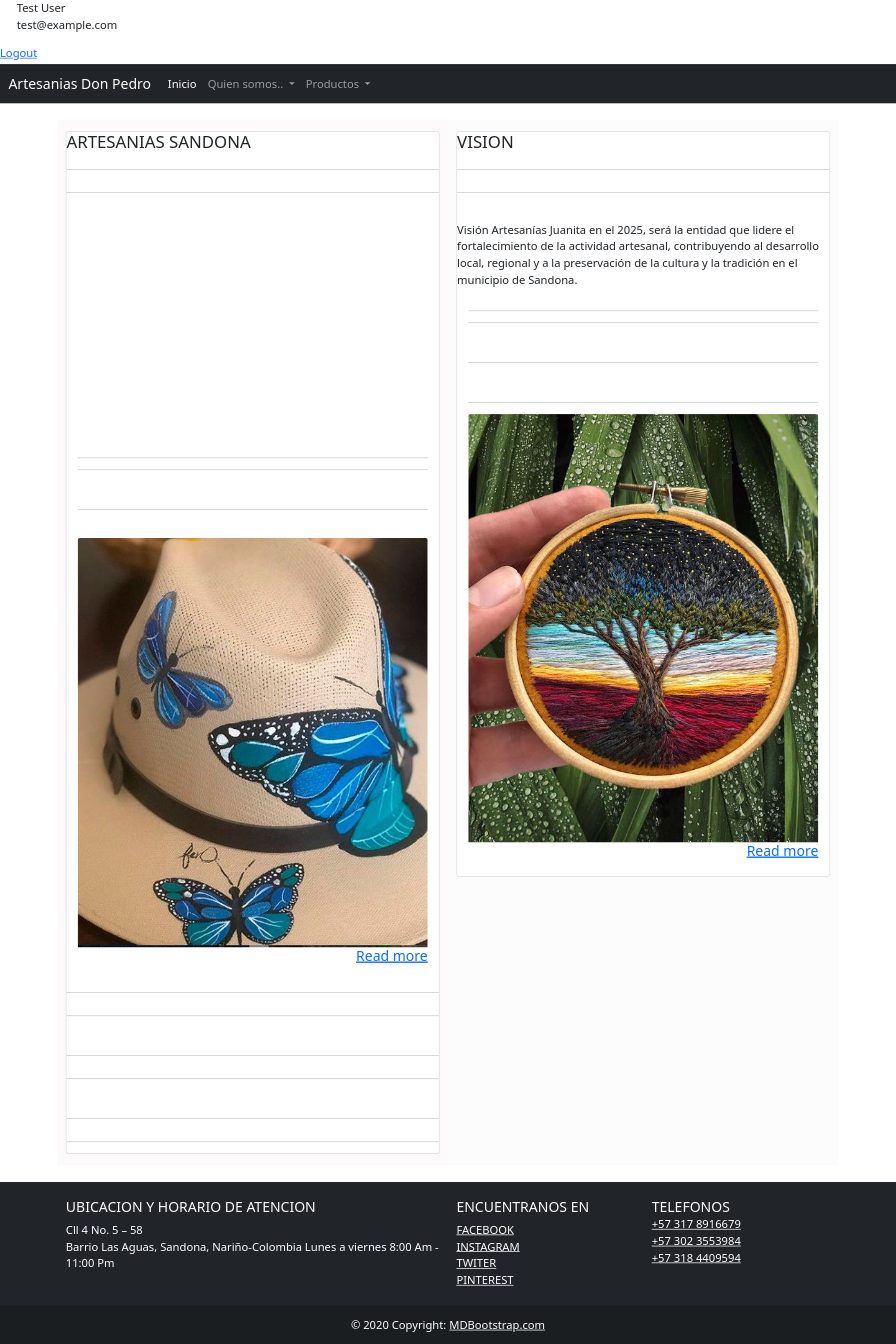
Repository: PG210/taller_artesania
Page: http://localhost/arte/vision
An editor plug-in stored every save of this project. The page is shown before and after the next save, followed by the edit.
The browser window is 1280 px wide. The pictures show the part of the page from y = 2752 to 4672 px (the page is 4672 px tall before and 4492 px after), at 70% of full size.
Pictures or frames that could not be fetched are drawn as grey boxes. The page is served by the project's Laravel application, run on PHP 8.4 with Laravel 8. A made-up administrator, Test User (test@example.com), is signed in. Other server files are loaded and not shown.

Above is the page before, as saved 2021-01-14 16:26:01.

### routes/web.php
<?php

use Illuminate\Support\Facades\Route;
use App\Http\Controllers\Productos;

/*
|--------------------------------------------------------------------------
| Web Routes
|--------------------------------------------------------------------------
|
| Here is where you can register web routes for your application. These
| routes are loaded by the RouteServiceProvider within a group which
| contains the "web" middleware group. Now create something great!
|
*/

Route::get('/', function () {
    return view('welcome');
});
//ruta mision vision
Route::get('arte/vision', function () {
    return view('arte.vision');
});
//histortia
Route::get('arte/historia', function () {
    return view('arte.historia');
});
Route::get('arte/mision', function () {
    return view('arte.mision');
});

//ubicacion
Route::get('arte/ubicacion', function () {
    return view('arte.ubicacion');
});
//productos
Route::get('/productos', [Productos::class, 'index']);

Route::get('/dashboard', function () {
    return view('dashboard');
})->middleware(['auth'])->name('dashboard');

require __DIR__.'/auth.php';

### resources/views/arte/vision.blade.php
 @extends('layouts.app') @section('content')





<div class="container">

    <div class="row">

        <!--tarjeta 1 mision hotel-->
        <div class="col-lg-6" style="background-color:rgb(252, 250, 250)">

            <p>
                <!-- Card Dark -->

                <div class="card">

                    <h4 class="card-title">ARTESANIAS SANDONA</h4>
                    <!-- Card image -->
                    <hr class="hr-light">
                    <hr class="hr-light">


                    <div class="container">
                        <br>
                        <div class="view overlay ">
                            <video loop="true " muted autoplay width="530 " height="300 ">
                                <source src='{{url("/img/video.mp4")}}' type="video/mp4 " alt="Card image cap ">
                            <a>
                                <div class="mask " style=" background-color: rgba(230, 179, 179, 0.5) "></div>
                            </a>
                        </div>
                        </div>


                    <!-- Card content -->
                    <div class="card-body elegant-color white-text rounded-bottom">

                        <!-- Social shares button -->

                        <!-- Title -->
                        <h4 class="card-title"></h4>
                        <hr class="hr-light">
                        <hr class="hr-light">
                        <br>
                        <hr class="hr-light">
                        <br>

                        <div class="view overlay">
                            <img class="card-img-top" src="../img/6.jpg" alt="Card image cap">
                            <a>
                                <div class="mask rgba-white-slight"></div>
                            </a>
                        </div>



                        <!-- Link -->
                        <a href="#!" class="white-text d-flex justify-content-end">
                            <h5>Read more <i class="fas fa-angle-double-right"></i></h5>
                        </a>

                    </div>
                    <hr class="hr-light">
                    <hr class="hr-light">
                    <br>
                    <hr class="hr-light">
                    <hr class="hr-light">
                    <br>
                    <hr class="hr-light">
                    <hr class="hr-light">

                </div>
                <!-- Card Dark -->
            </p>
        </div>



        <!--tarjeta dos vision-->
        <div class="col-lg-6" style="background-color:rgb(253, 252, 252)">

            <p>
                <!-- Card Dark -->
                <div class="card">

                    <h4 class="card-title">VISION</h4>
                        <hr class="hr-light">
                        <hr class="hr-light">
                        <br>
                       Visión
                          Artesanías Juanita en el 2025, será la entidad que lidere el fortalecimiento de la actividad artesanal, contribuyendo al desarrollo local, regional y a la preservación de la cultura y la tradición en el municipio de Sandona.


                    <!-- Card content -->
                    <div class="card-body elegant-color white-text rounded-bottom">

                        <!-- Social shares button -->

                        <!-- Title -->
                        <h4 class="card-title"></h4>
                        <hr class="hr-light">
                        <hr class="hr-light">
                        <br>

                        <hr class="hr-light">
                        <br>
                        <hr class="hr-light">
                        <div class="view overlay">
                            <img class="card-img-top" src="../img/5.jpg" alt="Card image cap">
                            <a>
                                <div class="mask rgba-white-slight"></div>
                            </a>
                        </div>


                        <!-- Link -->
                        <a href="#!" class="white-text d-flex justify-content-end">
                            <h5>Read more <i class="fas fa-angle-double-right"></i></h5>
                        </a>

                    </div>

                </div>
                <!-- Card Dark -->
            </p>
        </div>
    </div>
</div>




</div>
@stop

### resources/views/layouts/app.blade.php
<!DOCTYPE html>
<html lang="{{ str_replace('_', '-', app()->getLocale()) }}">
    <head>
        <meta charset="utf-8">
        <meta name="viewport" content="width=device-width, initial-scale=1">
        <meta name="csrf-token" content="{{ csrf_token() }}">

        <title>{{ config('app.name', 'Laravel') }}</title>

        <!-- Fonts -->
        <link rel="stylesheet" href="https://fonts.googleapis.com/css2?family=Nunito:wght@400;600;700&display=swap">
        <link href="{{ url('/assets/bootstrap/css/bootstrap.min.css') }}" rel="stylesheet">
        <!-- Styles -->
        <link rel="stylesheet" href="{{ asset('css/app.css') }}">

        <!-- Scripts -->
        <script src="{{ asset('js/app.js') }}" defer></script>


    </head>

    <body class="font-sans antialiased">
        <div class="min-h-screen bg-gray-100">
            @include('layouts.navigation')

            <nav class="navbar navbar-expand-lg navbar navbar-dark bg-dark">
  <div class="container-fluid">
    <a class="navbar-brand" href="#">Artesanias Don Pedro</a>
    <button class="navbar-toggler" type="button" data-bs-toggle="collapse" data-bs-target="#navbarNavDropdown" aria-controls="navbarNavDropdown" aria-expanded="false" aria-label="Toggle navigation">
      <span class="navbar-toggler-icon"></span>
    </button>
    <div class="collapse navbar-collapse" id="navbarNavDropdown">
      <ul class="navbar-nav">
        <li class="nav-item">
          <a class="nav-link active" aria-current="page" href="#">Inicio</a>
        </li>


        <li class="nav-item dropdown">
          <a class="nav-link dropdown-toggle" href="#" id="navbarDropdownMenuLink" role="button" data-bs-toggle="dropdown" aria-expanded="false">
            Quien somos..
          </a>
          <ul class="dropdown-menu" aria-labelledby="navbarDropdownMenuLink">
            <li><a class="dropdown-item" href="{{url('/arte/mision')}}">Mision</a></li>
            <li><a class="dropdown-item" href="{{url('/arte/vision')}}">Vision</a></li>
            <li><a class="dropdown-item" href="{{url('/arte/ubicacion')}}">Ubicacion</a></li>
            <li><a class="dropdown-item" href="{{url('/arte/historia')}}">Historia</a></li>
          </ul>
        </li>

        <li class="nav-item dropdown">
          <a class="nav-link dropdown-toggle" href="#" id="navbarDropdownMenuLink" role="button" data-bs-toggle="dropdown" aria-expanded="false">
            Productos
          </a>
          <ul class="dropdown-menu" aria-labelledby="navbarDropdownMenuLink">
            <li><a class="dropdown-item" href="{{url('/productos')}}">Sombreros</a></li>
            <li><a class="dropdown-item" href="#">Mochilas</a></li>
            <li><a class="dropdown-item" href="#">Tejidos</a></li>
            <li><a class="dropdown-item" href="#">Visuterias</a></li>
            <li><a class="dropdown-item" href="#">Ofertas</a></li>
          </ul>
        </li>
      </ul>
    </div>
  </div>
</nav>
<br>
            <!-- Page Heading -->
            <div class="container">
           @yield('content')
           </div>
        </div>
<!--footer-->
<br>
        <footer class="bg-dark text-white text-center text-lg-start">
  <!-- Grid container -->
  <div class="container p-4">
    <!--Grid row-->
    <div class="row">
      <!--Grid column-->
      <div class="col-lg-6 col-md-12 mb-4 mb-md-0">
        <h5 class="text-uppercase">Ubicacion y Horario de Atencion</h5>

        <p>
        <bFooterr>
        Cll 4 No. 5 – 58<br>
        Barrio Las Aguas, Sandona, Nariño-Colombia
        Lunes a viernes 8:00 Am - 11:00 Pm
        </p>
      </div>
      <!--Grid column-->

      <!--Grid column-->
      <div class="col-lg-3 col-md-6 mb-4 mb-md-0">
        <h5 class="text-uppercase">Encuentranos en</h5>

        <ul class="list-unstyled mb-0">
          <li>
            <a href="#!" class="text-white">FACEBOOK</a>
          </li>
          <li>
            <a href="#!" class="text-white">INSTAGRAM</a>
          </li>
          <li>
            <a href="#!" class="text-white">TWITER</a>
          </li>
          <li>
            <a href="#!" class="text-white">PINTEREST</a>
          </li>
        </ul>
      </div>
      <!--Grid column-->

      <!--Grid column-->
      <div class="col-lg-3 col-md-6 mb-4 mb-md-0">
        <h5 class="text-uppercase mb-0">TELEFONOS</h5>

        <ul class="list-unstyled">
          <li>
            <a href="#!" class="text-white">+57 317 8916679</a>
          </li>
          <li>
            <a href="#!" class="text-white">+57 302 3553984</a>
          </li>
          <li>
            <a href="#!" class="text-white">+57 318 4409594</a>
          </li>

        </ul>
      </div>
      <!--Grid column-->
    </div>
    <!--Grid row-->
  </div>
  <!-- Grid container -->

  <!-- Copyright -->
  <div class="text-center p-3" style="background-color: rgba(0, 0, 0, 0.2)">
    © 2020 Copyright:
    <a class="text-white" href="https://mdbootstrap.com/">MDBootstrap.com</a>
  </div>
  <!-- Copyright -->
</footer>
<!--end footer-->



        <script src="https://code.jquery.com/jquery-3.5.1.slim.min.js" integrity="sha384-DfXdz2htPH0lsSSs5nCTpuj/zy4C+OGpamoFVy38MVBnE+IbbVYUew+OrCXaRkfj" crossorigin="anonymous"></script>
        <script src="https://cdn.jsdelivr.net/npm/popper.js@1.16.1/dist/umd/popper.min.js" integrity="sha384-9/reFTGAW83EW2RDu2S0VKaIzap3H66lZH81PoYlFhbGU+6BZp6G7niu735Sk7lN" crossorigin="anonymous"></script>
       <script type="text/javascript" src="{{ url('/assets/bootstrap/js/bootstrap.min.js') }}"></script>
    </body>
</html>

### resources/views/layouts/navigation.blade.php
<nav x-data="{ open: false }" class="bg-white border-b border-gray-100">
    <!-- Primary Navigation Menu -->
    <!--aqui cambiar-->
    <div class=" navbar-dark bg-indigo">
        <div class="flex justify-between h-16">
            <div class="flex">
                <!-- Logo -->
                <div class="flex-shrink-0 flex items-center">
                    <a href="{{ route('dashboard') }}">
                        <x-application-logo class="block h-10 w-auto fill-current text-gray-600" />
                    </a>
                </div>

                <!-- Navigation Links -->
                <div class="hidden space-x-8 sm:-my-px sm:ml-10 sm:flex">
                    <x-nav-link :href="route('dashboard')" :active="request()->routeIs('dashboard')">
                        {{ __('Bienvenidos! Tienda Virtual') }}
                    </x-nav-link>
                </div>
            </div>

            <!-- Settings Dropdown -->
            <div class="hidden sm:flex sm:items-center sm:ml-6">
                <x-dropdown align="right" width="48">
                    <x-slot name="trigger">
                        <button class="flex items-center text-sm font-medium text-gray-500 hover:text-gray-700 hover:border-gray-300 focus:outline-none focus:text-gray-700 focus:border-gray-300 transition duration-150 ease-in-out">
                            <div>{{ Auth::user()->name }}</div>

                            <div class="ml-1">
                                <svg class="fill-current h-4 w-4" xmlns="http://www.w3.org/2000/svg" viewBox="0 0 20 20">
                                    <path fill-rule="evenodd" d="M5.293 7.293a1 1 0 011.414 0L10 10.586l3.293-3.293a1 1 0 111.414 1.414l-4 4a1 1 0 01-1.414 0l-4-4a1 1 0 010-1.414z" clip-rule="evenodd" />
                                </svg>
                            </div>
                        </button>
                    </x-slot>

                    <x-slot name="content">
                        <!-- Authentication -->
                        <form method="POST" action="{{ route('logout') }}">
                            @csrf

                            <x-dropdown-link :href="route('logout')"
                                    onclick="event.preventDefault();
                                                this.closest('form').submit();">
                                {{ __('Logout') }}
                            </x-dropdown-link>
                        </form>
                    </x-slot>
                </x-dropdown>
            </div>

            <!-- Hamburger -->
            <div class="-mr-2 flex items-center sm:hidden">
                <button @click="open = ! open" class="inline-flex items-center justify-center p-2 rounded-md text-gray-400 hover:text-gray-500 hover:bg-gray-100 focus:outline-none focus:bg-gray-100 focus:text-gray-500 transition duration-150 ease-in-out">
                    <svg class="h-6 w-6" stroke="currentColor" fill="none" viewBox="0 0 24 24">
                        <path :class="{'hidden': open, 'inline-flex': ! open }" class="inline-flex" stroke-linecap="round" stroke-linejoin="round" stroke-width="2" d="M4 6h16M4 12h16M4 18h16" />
                        <path :class="{'hidden': ! open, 'inline-flex': open }" class="hidden" stroke-linecap="round" stroke-linejoin="round" stroke-width="2" d="M6 18L18 6M6 6l12 12" />
                    </svg>
                </button>
            </div>
        </div>
    </div>

    <!-- Responsive Navigation Menu -->
    <div :class="{'block': open, 'hidden': ! open}" class="hidden sm:hidden">
        <div class="pt-2 pb-3 space-y-1">
            <x-responsive-nav-link :href="route('dashboard')" :active="request()->routeIs('dashboard')">
                {{ __('Dashboard') }}
            </x-responsive-nav-link>
        </div>

        <!-- Responsive Settings Options -->
        <div class="pt-4 pb-1 border-t border-gray-200">
            <div class="flex items-center px-4">
                <div class="flex-shrink-0">
                    <svg class="h-10 w-10 fill-current text-gray-400" xmlns="http://www.w3.org/2000/svg" fill="none" viewBox="0 0 24 24" stroke="currentColor">
                        <path stroke-linecap="round" stroke-linejoin="round" stroke-width="2" d="M16 7a4 4 0 11-8 0 4 4 0 018 0zM12 14a7 7 0 00-7 7h14a7 7 0 00-7-7z" />
                    </svg>
                </div>

                <div class="ml-3">
                    <div class="font-medium text-base text-gray-800">{{ Auth::user()->name }}</div>
                    <div class="font-medium text-sm text-gray-500">{{ Auth::user()->email }}</div>
                </div>
            </div>

            <div class="mt-3 space-y-1">
                <!-- Authentication -->
                <form method="POST" action="{{ route('logout') }}">
                    @csrf

                    <x-responsive-nav-link :href="route('logout')"
                            onclick="event.preventDefault();
                                        this.closest('form').submit();">
                        {{ __('Logout') }}
                    </x-responsive-nav-link>
                </form>
            </div>
        </div>
    </div>
</nav>

Loaded but not shown: routes/auth.php (common file); app/Models/User.php (common file); resources/views/components/application-logo.blade.php (common file); resources/views/components/nav-link.blade.php (common file); resources/views/components/dropdown-link.blade.php (common file); resources/views/components/dropdown.blade.php (common file); resources/views/components/responsive-nav-link.blade.php (common file); public/assets/bootstrap/css/bootstrap.min.css (library); public/assets/bootstrap/js/bootstrap.min.js (library); public/js/app.js (library)

After the next save:
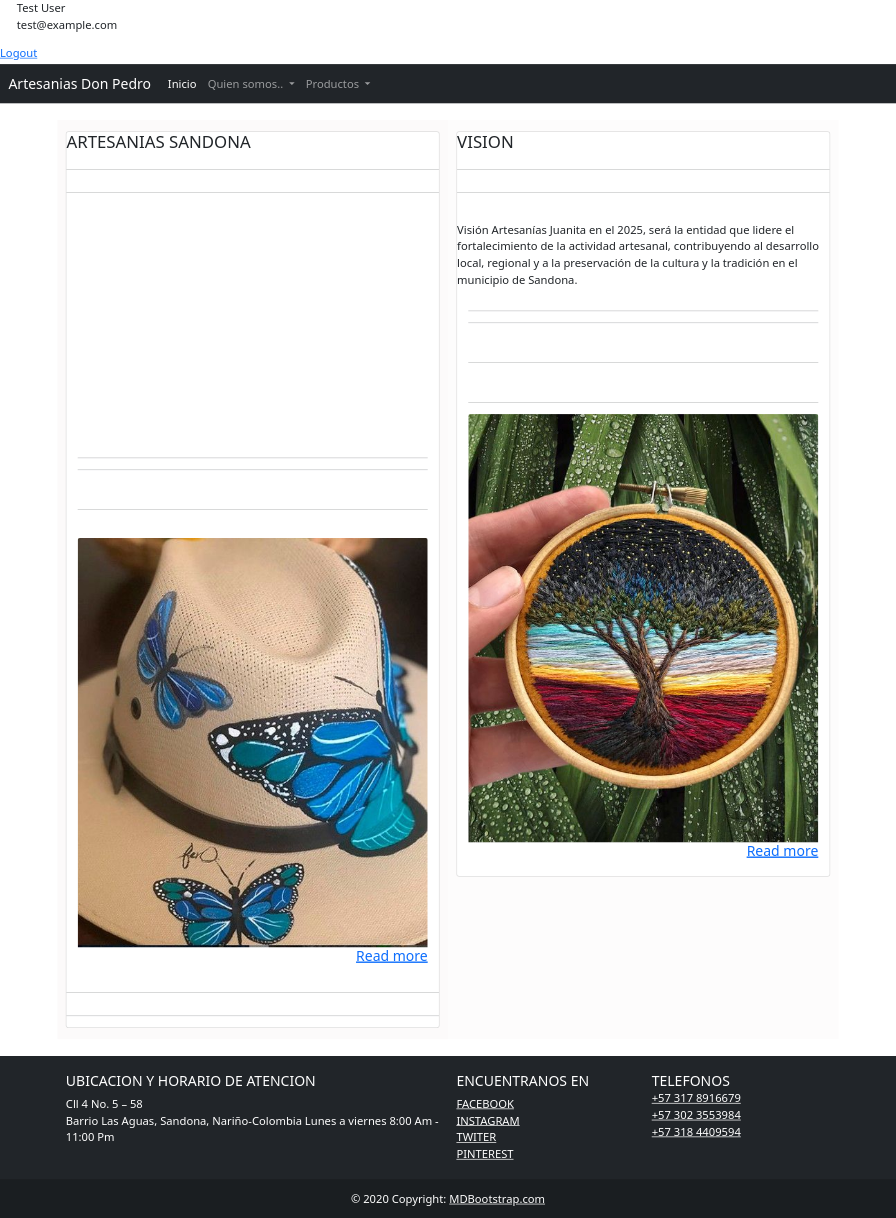
Saved 23 s later.
--- a/resources/views/arte/vision.blade.php
+++ b/resources/views/arte/vision.blade.php
@@ -64,12 +64,7 @@
                     </div>
                     <hr class="hr-light">
                     <hr class="hr-light">
-                    <br>
-                    <hr class="hr-light">
-                    <hr class="hr-light">
-                    <br>
-                    <hr class="hr-light">
-                    <hr class="hr-light">
+
 
                 </div>
                 <!-- Card Dark -->
